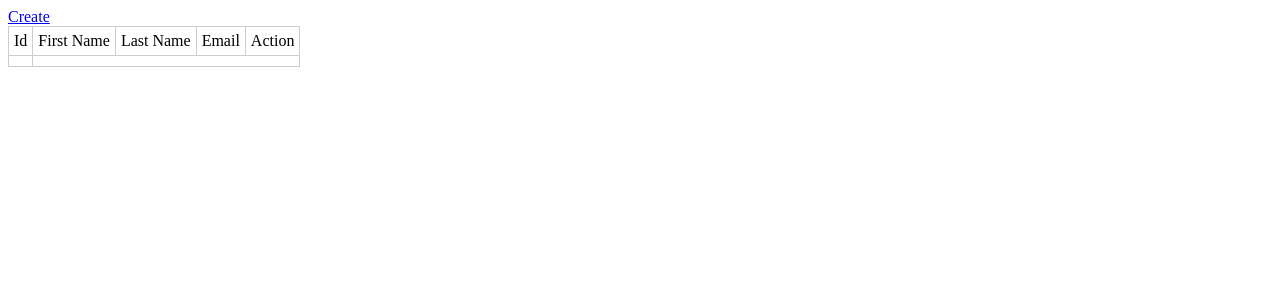
Repository: Ibrahimalrkaby/CRUD
Page: http://localhost/
These files come from the project's save history. The page is drawn as it stood at one moment and after the next save; the edit follows.
The browser window is 1280 px wide. The pictures show the whole page.
The page is run by PHP 8.4 with error messages shown; the project is at /var/www/html/. Queries for data that is not in the repository find no rows.

Above is the page before, as saved 2025-06-27 19:45:35.

After the next save:
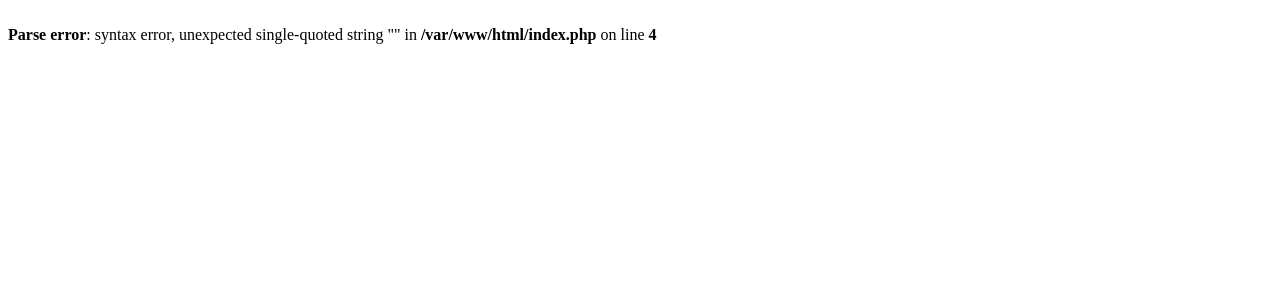
Saved 60 s later.
--- a/index.php
+++ b/index.php
@@ -1,6 +1,7 @@
 <?php
 include "req/read.php";
 include "db_conn.php";
+$users = read($conn)''
 ?>
 <!DOCTYPE html>
 <html lang="en">

After the save that followed:
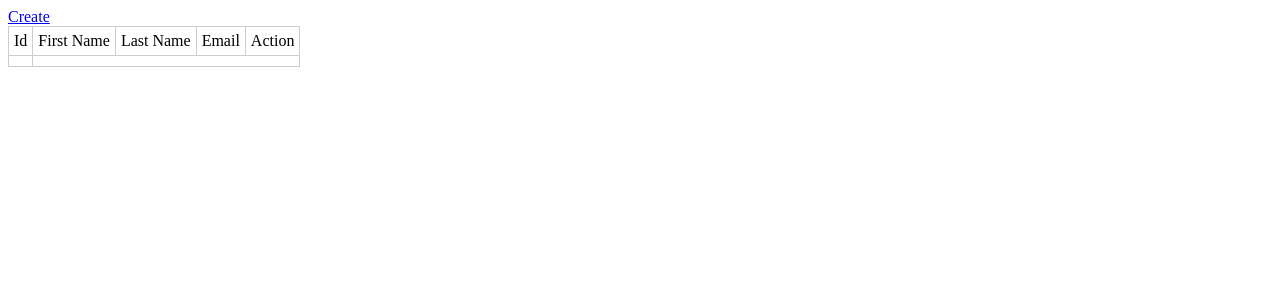
Saved 6 s later.
--- a/index.php
+++ b/index.php
@@ -1,7 +1,7 @@
 <?php
 include "req/read.php";
 include "db_conn.php";
-$users = read($conn)''
+$users = read($conn);
 ?>
 <!DOCTYPE html>
 <html lang="en">
